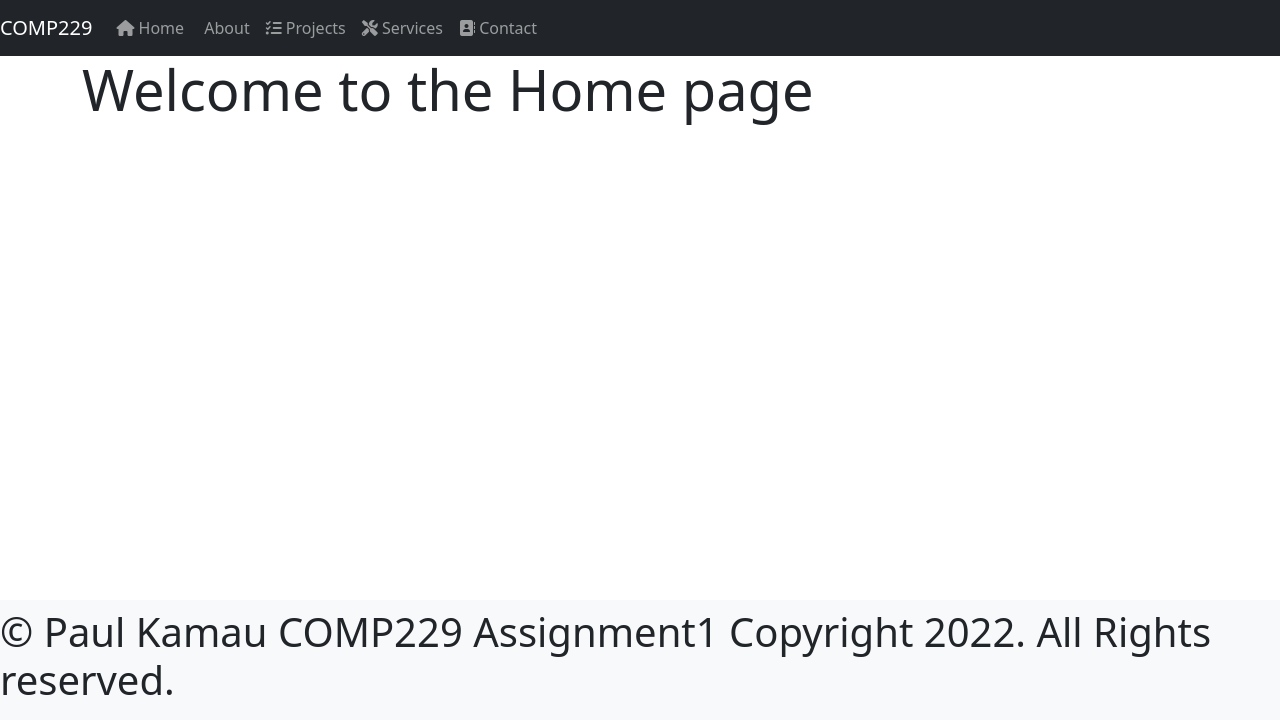
Repository: kiruriluap/COMP229-M2022-Labs
Page: http://localhost/
These files come from the project's save history. The page is drawn as it stood at one moment and after the next save; the edit follows.
The browser window is 1280 px wide. The pictures show the whole page.
The page is served by the project's Node server (server.js). Other server files are loaded and not shown.

Above is the page before, as saved 2022-05-28 18:12:22.

### week3-6 Partials - Copy - Copy/views/index.ejs
<!DOCTYPE html>
<html lang="en">
<head>
  <meta charset="UTF-8">
  <meta http-equiv="X-UA-Compatible" content="IE=edge">
  <meta name="viewport" content="width=device-width, initial-scale=1.0">
  <title><%= title %></title>
<!-- CSS Section -->
<link rel="stylesheet" href="/bootstrap/dist/css/bootstrap.min.css">
<link rel="stylesheet" href="/@fortawesome/fontawesome-free/css/all.min.css">
  <link rel='stylesheet' href='/content/app.css' />
</head>
<body>
  <!-- Main Navigator -->
  <nav class="navbar navbar-expand-lg navbar-dark bg-dark">
    <!-- <div class="container-fluid"> -->
      <a class="navbar-brand" href="/">COMP229</a>
      <button class="navbar-toggler" type="button" data-bs-toggle="collapse" data-bs-target="#navbarSupportedContent" aria-controls="navbarSupportedContent" aria-expanded="false" aria-label="Toggle navigation">
        <span class="navbar-toggler-icon"></span>
      </button>

      <div class="collapse navbar-collapse" id="navbarSupportedContent">
        <ul class="navbar-nav ml-auto">

          <% if(title == "Home"){%>
            <li class="nav-item active">
          <%}
          else{%>
            <li class="nav-item ">
          <%} %>
            <a class="nav-link " href="/home"><i class="fa-solid fa-house"></i> Home </a>
          </li>

          <% if(title == "About"){%>
            <li class="nav-item active">
          <%}
          else{%>
            <li class="nav-item ">
          <%} %>
            <a class="nav-link " href="/about"><i class="fa-solid fa-golf-flag-hole"></i> About </a>
          </li>

          <% if(title == "Projects"){%>
            <li class="nav-item active">
          <%}
          else{%>
            <li class="nav-item ">
          <%} %>
            <a class="nav-link " href="Projects"><i class="fa-solid fa-list-check"></i> Projects </a>
          </li>

          <% if(title == "Services"){%>
            <li class="nav-item active">
          <%}
          else{%>
            <li class="nav-item ">
          <%} %>
            <a class="nav-link " href="/services"><i class="fa-solid fa-screwdriver-wrench"></i> Services </a>
          </li>

          <% if(title == "Contact"){%>
            <li class="nav-item active">
          <%}
          else{%>
            <li class="nav-item ">
          <%} %>
            <a class="nav-link " href="contact"><i class="fa-solid fa-address-book"></i> Contact </a>
          </li>

    </div>
  </nav>

  <!-- Main Content -->
  <main class="container">
    <div class="jumbotron">
      <h1 class="display-4">Welcome to the <%= title %> page</h1>
      </div>
  </main>
<!--Bottom Nav-->
<footer>
  <nav class="navbar fixed-bottom navbar-light bg-light">
  <h6 class="display-6 nacbar-text">&copy; Paul Kamau COMP229 Assignment1 Copyright 2022. All Rights reserved.</h6>
</nav>
  </footer>

<!-- Script Section -->
<script src="/jquery/dist/jquery.min.js"></script>
<script src="/bootstrap/dist/js/bootstrap.min.js"></script>
    <script src="/Scripts/app.js"></script>
</body>
</html>

### week3-6 Partials - Copy - Copy/server.js
#!/usr/bin/env node

/**
 * Module dependencies.
 */

var app = require('./app');
var debug = require('debug')('week3-2:server');
var http = require('http');

/**
 * Get port from environment and store in Express.
 */

var port = normalizePort(process.env.PORT || '3000');
app.set('port', port);

/**
 * Create HTTP server.
 */

var server = http.createServer(app);

/**
 * Listen on provided port, on all network interfaces.
 */

server.listen(port);
server.on('error', onError);
server.on('listening', onListening);

/**
 * Normalize a port into a number, string, or false.
 */

function normalizePort(val) {
  var port = parseInt(val, 10);

  if (isNaN(port)) {
    // named pipe
    return val;
  }

  if (port >= 0) {
    // port number
    return port;
  }

  return false;
}

/**
 * Event listener for HTTP server "error" event.
 */

function onError(error) {
  if (error.syscall !== 'listen') {
    throw error;
  }

  var bind = typeof port === 'string'
    ? 'Pipe ' + port
    : 'Port ' + port;

  // handle specific listen errors with friendly messages
  switch (error.code) {
    case 'EACCES':
      console.error(bind + ' requires elevated privileges');
      process.exit(1);
      break;
    case 'EADDRINUSE':
      console.error(bind + ' is already in use');
      process.exit(1);
      break;
    default:
      throw error;
  }
}

/**
 * Event listener for HTTP server "listening" event.
 */

function onListening() {
  var addr = server.address();
  var bind = typeof addr === 'string'
    ? 'pipe ' + addr
    : 'port ' + addr.port;
  debug('Listening on ' + bind);
}

### week3-6 Partials - Copy - Copy/routes/index.js
var express = require('express');
var router = express.Router();

/* GET Home page. */
router.get('/', function(req, res, next) {
  res.render('index', { title: 'Home' });
});

/* GET Home page. */
router.get('/home', function(req, res, next) {
  res.render('index', { title: 'Home' });
});

/* GET About Me page. */
router.get('/about', function(req, res, next) {
  res.render('index', { title: 'About' });
});

/* GET Projects page. */
router.get('/projects', function(req, res, next) {
  res.render('index', { title: 'Projects' });
});

/* GET Services page. */
router.get('/services', function(req, res, next) {
  res.render('index', { title: 'Services' });
});

/* GET Contact page. */
router.get('/Contact', function(req, res, next) {
  res.render('index', { title: 'Contact' });
});

module.exports = router;

### week3-6 Partials - Copy - Copy/app.js
//installed 3rd party packages
let createError = require('http-errors');
let express = require('express');
let path = require('path');
let cookieParser = require('cookie-parser');
let logger = require('morgan');

let indexRouter = require('./routes/index');
let usersRouter = require('./routes/users');

let app = express();

// view engine setup
app.set('views', path.join(__dirname, 'views'));
app.set('view engine', 'ejs');//express -e

app.use(logger('dev'));
app.use(express.json());
app.use(express.urlencoded({ extended: false }));
app.use(cookieParser());
app.use(express.static(path.join(__dirname, 'public')));
app.use(express.static(path.join(__dirname, 'node_modules')));

app.use('/', indexRouter);
app.use('/users', usersRouter);

// catch 404 and forward to error handler
app.use(function(req, res, next) {
  next(createError(404));
});

// error handler
app.use(function(err, req, res, next) {
  // set locals, only providing error in development
  res.locals.message = err.message;
  res.locals.error = req.app.get('env') === 'development' ? err : {};

  // render the error page
  res.status(err.status || 500);
  res.render('error');
});

module.exports = app;

### week3-6 Partials - Copy - Copy/public/Scripts/app.js
//IIFE --Immedistely involved function expression
(function(){

function start()
{
console.log("App started........");
}

window.addEventListener("load", start);

})();

### week3-6 Partials - Copy - Copy/public/Content/app.css
/* custom css goes here */

After the next save:
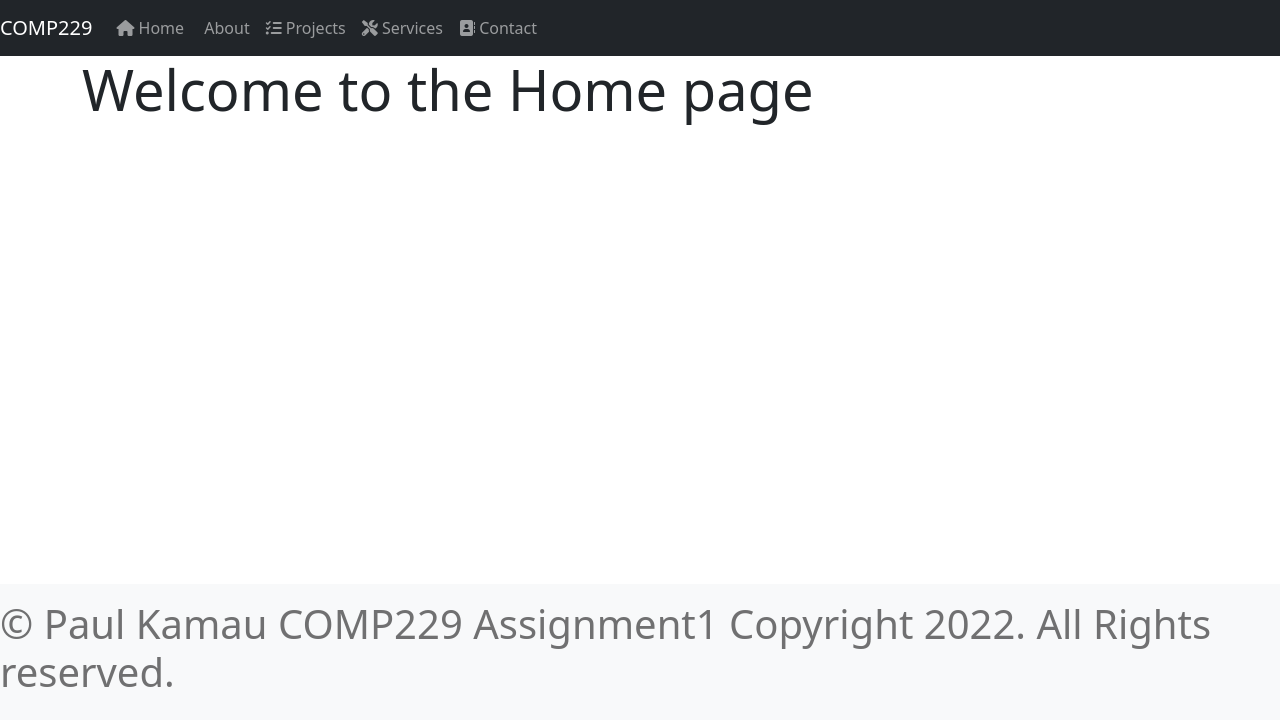
Saved 4 s later.
--- a/week3-6 Partials - Copy - Copy/views/index.ejs
+++ b/week3-6 Partials - Copy - Copy/views/index.ejs
@@ -79,7 +79,7 @@
 <!--Bottom Nav-->
 <footer>
   <nav class="navbar fixed-bottom navbar-light bg-light">
-  <h6 class="display-6 nacbar-text">&copy; Paul Kamau COMP229 Assignment1 Copyright 2022. All Rights reserved.</h6>
+  <h6 class="display-6 navbar-text">&copy; Paul Kamau COMP229 Assignment1 Copyright 2022. All Rights reserved.</h6>
 </nav>
   </footer>
 
